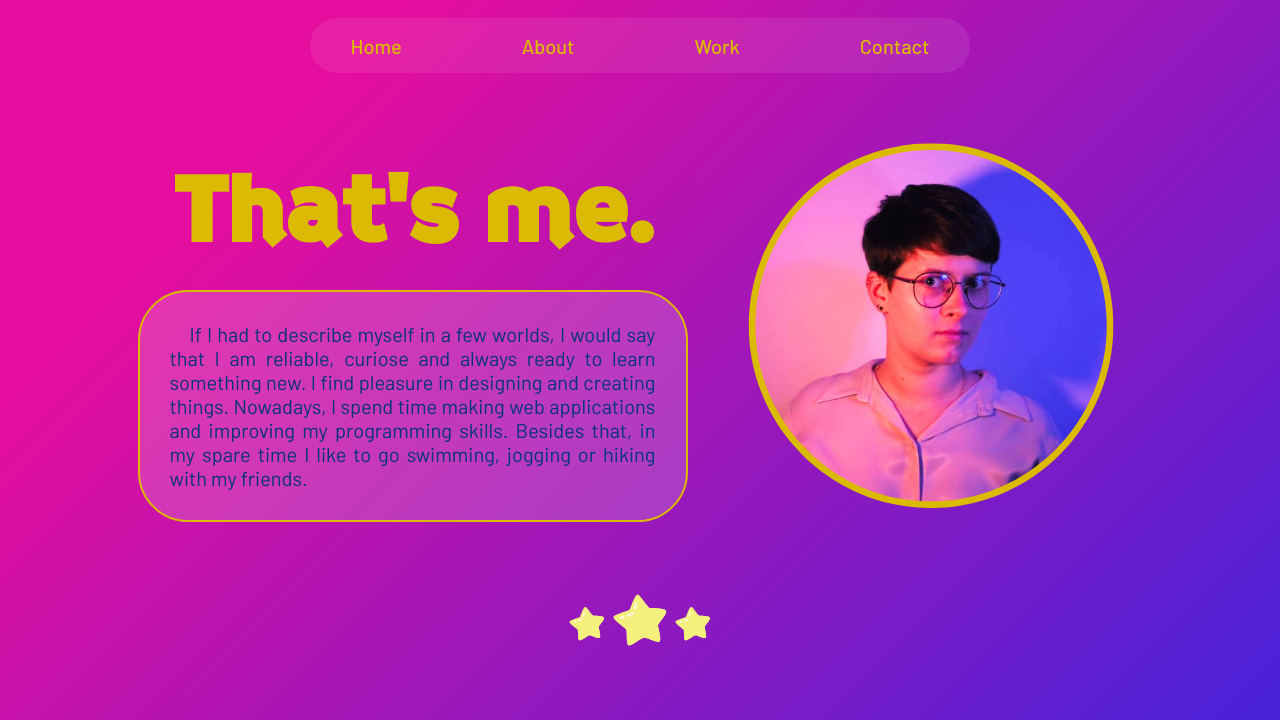
Repository: JJonka/portfolio_site
Page: /about
An editor plug-in stored every save of this project. The page is shown before and after the next save, followed by the edit.
The browser window is 1280 px wide. The pictures show the whole page.
The project was rebuilt for these pictures with package versions that can differ from the ones it lists, and the page was loaded fresh each time. Also part of the build but not shown: vite.config.ts, src/pages/HomePage.tsx, src/components/LogoIcon.module.scss, src/components/LogoIcon.tsx, src/pages/Contact.tsx, src/pages/Work.module.scss, src/pages/Work.tsx.

Above is the page before, as saved 2023-10-08 15:48:41.

After the next save:
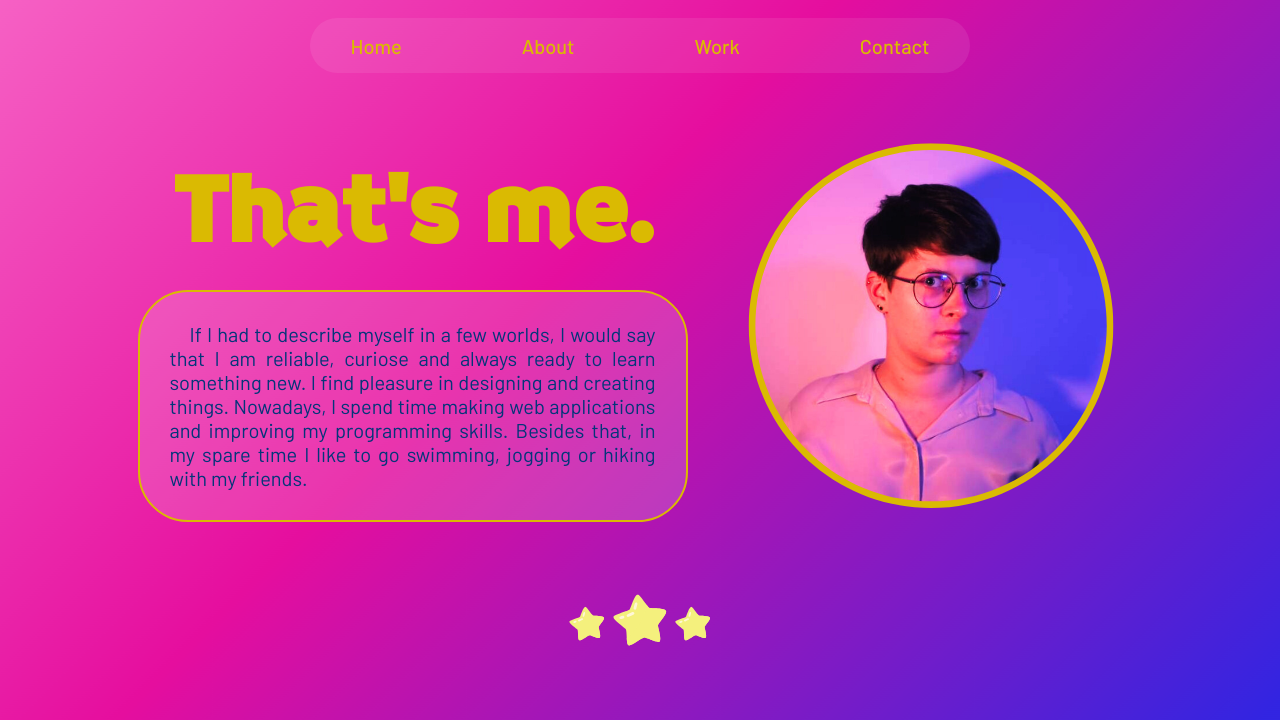
Saved 18 s later.
--- a/src/App.css
+++ b/src/App.css
@@ -19,7 +19,7 @@ body {
 }
 
 .mainBackground {
-    background-image: linear-gradient(135deg,  #e40199 30% , #2719e0 85%);
+    background-image: linear-gradient(135deg, #fc79d0 15%, #e40199 50% , #2719e0 85%);
     animation: slide 5s linear infinite alternate;
     animation-fill-mode: backwards;
     position: fixed;
@@ -39,7 +39,7 @@ body {
         transform: translateX(-20%);
     }
     100% {
-        transform: translateX(5%);
+        transform: translateX(-5%);
     }
 
 }
